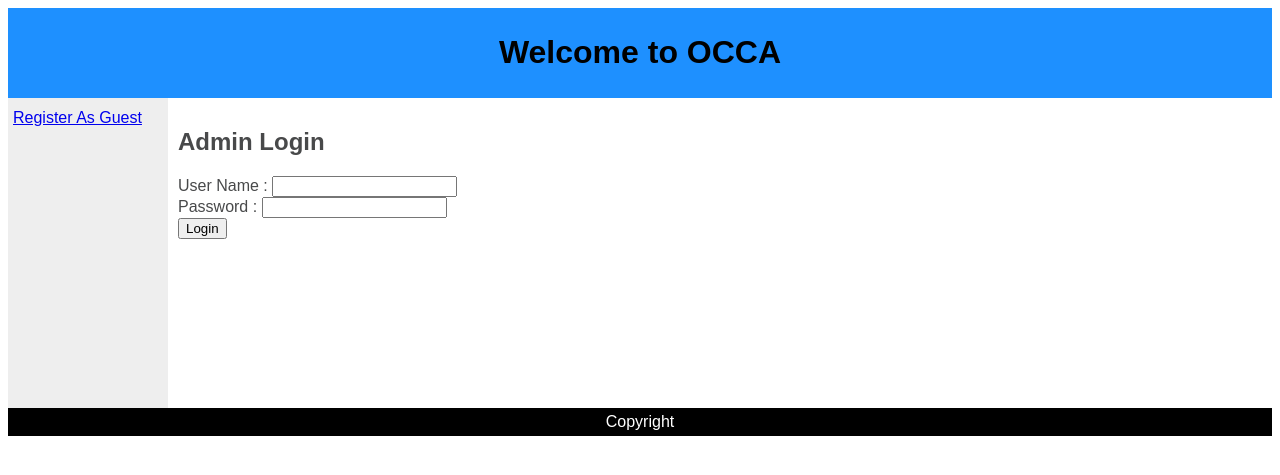
Repository: dreamxia329/TechExercise4830
Page: T3-0325-xia/T3-webProject-Xia/WebContent/login.html
The author's editor kept a copy of each file at every save. The page is drawn from the files as they stood at one save, then again after the next save.
The browser window is 1280 px wide. The pictures show the whole page.

Above is the page before, as saved 2022-03-31 16:47:19.

After the next save:
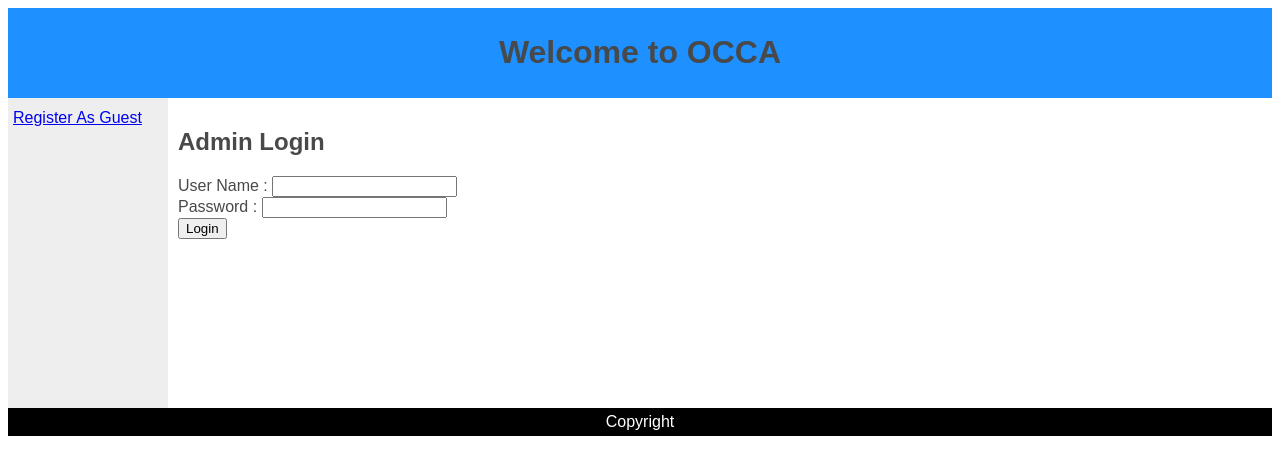
Saved 17 s later.
--- a/T3-0325-xia/T3-webProject-Xia/WebContent/login.html
+++ b/T3-0325-xia/T3-webProject-Xia/WebContent/login.html
@@ -9,7 +9,7 @@ body {
 
 header {
 	background-color: DodgerBlue;
-	color: black;
+	color: #48494a;
 	text-align: center;
 	padding: 5px;
 }
